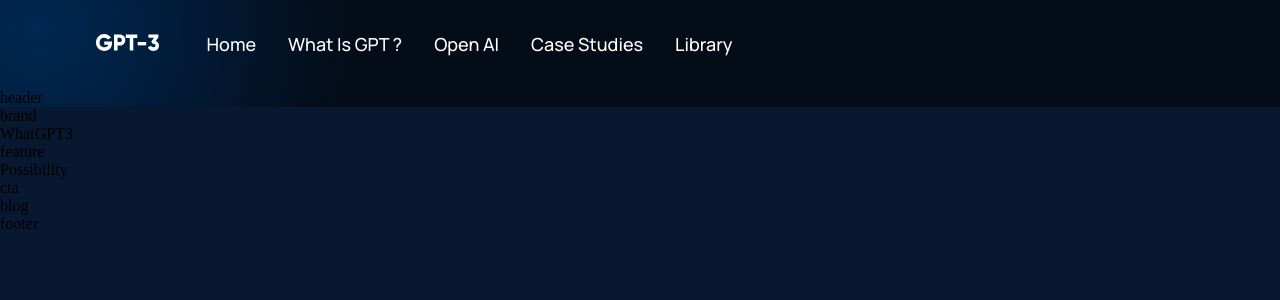
Repository: smitranjansingh29/gpt3-react
Page: /
An editor plug-in stored every save of this project. The page is shown before and after the next save, followed by the edit.
The browser window is 1280 px wide. The pictures show the whole page.
The project was rebuilt for these pictures with package versions that can differ from the ones it lists, and the page was loaded fresh each time. Also part of the build but not shown: src/components/brand/brand.css, src/components/cta/cta.css, src/components/feature/feature.css, src/components/feature/Feature.jsx, src/containers/features/feature.css, src/containers/footer/footer.css, src/containers/header/header.css, src/containers/possibility/possibility.css and 1 more.

Above is the page before, as saved 2023-10-02 13:17:11.

After the next save:
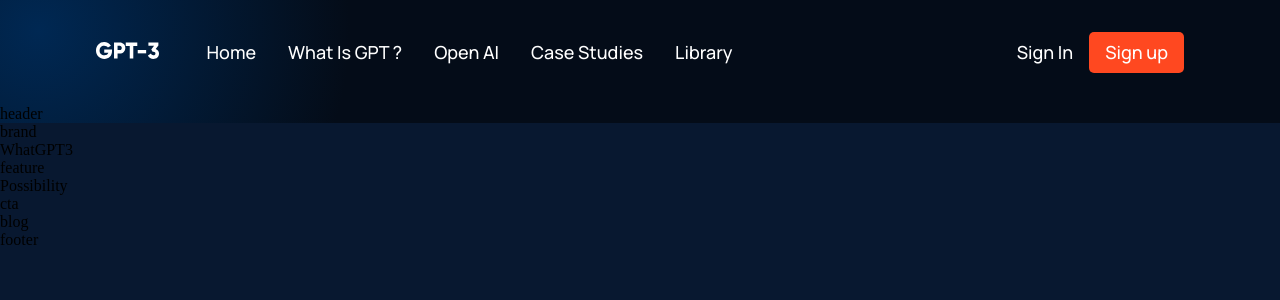
Saved 2 min 24 s later.
--- a/src/components/navbar/Navbar.jsx
+++ b/src/components/navbar/Navbar.jsx
@@ -19,6 +19,10 @@
           <p> <a href="#blog"> Library </a> </p>
         </div>
       </div>
+      <div className="gpt3__navbar-sign" >
+        <p>Sign in</p>
+        <button type="button" >Sign up</button>
+      </div>
     </div>
   );
 };
